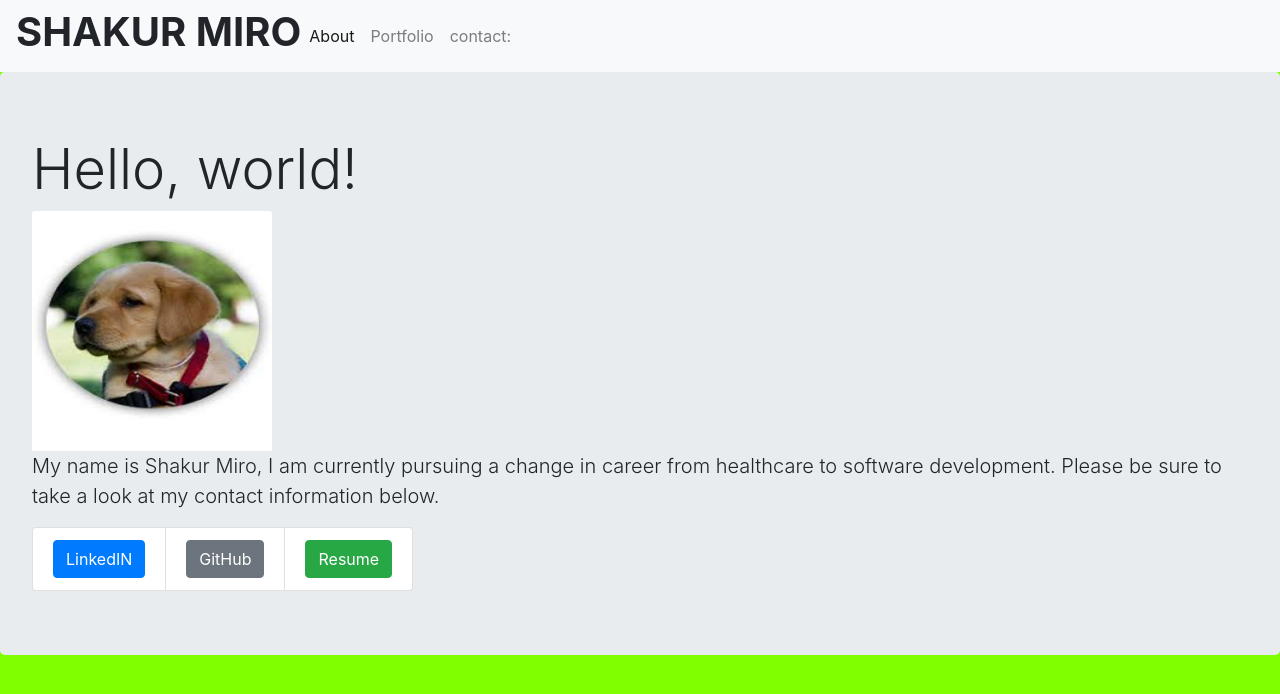
Repository: smiro35/myPortfolio
Page: index.html
The author's editor kept a copy of each file at every save. The page is drawn from the files as they stood at one save, then again after the next save.
The browser window is 1280 px wide. The pictures show the whole page.

Above is the page before, as saved 2020-01-31 06:06:13.

After the next save:
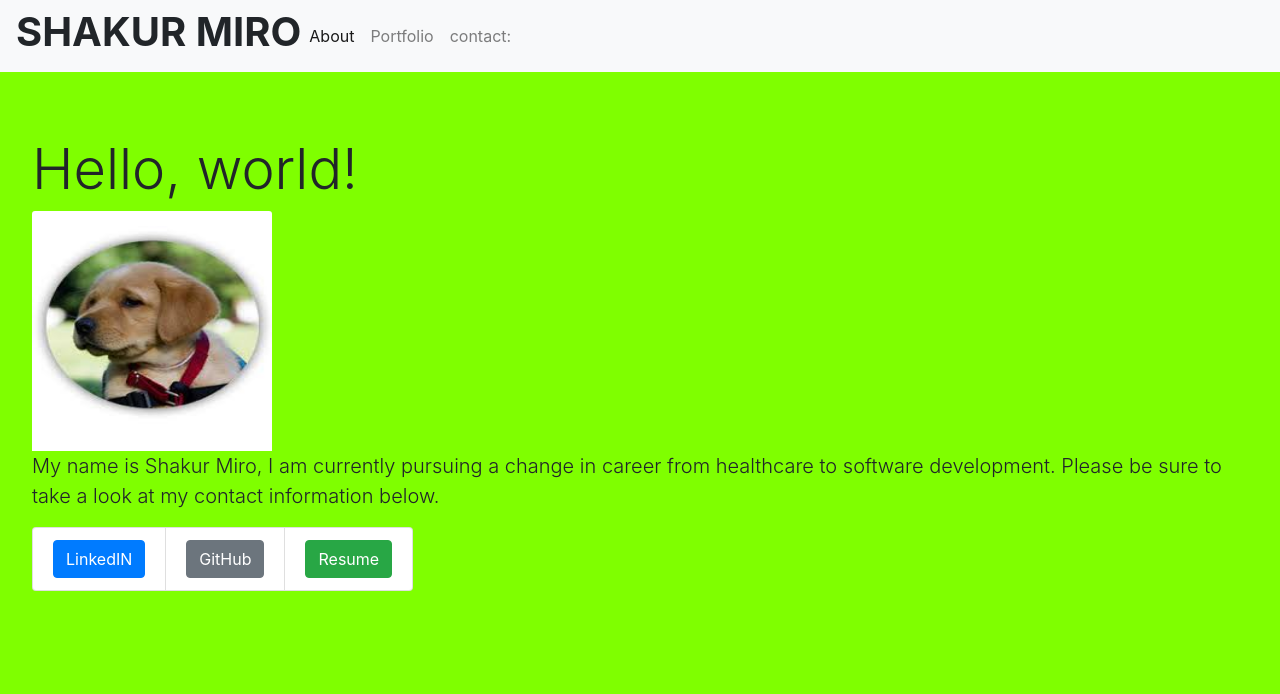
Saved 57 s later.
--- a/assets/style.css
+++ b/assets/style.css
@@ -1,3 +1,3 @@
-.fluid-container {
+.jumbotron {
     background: transparent;
 }
